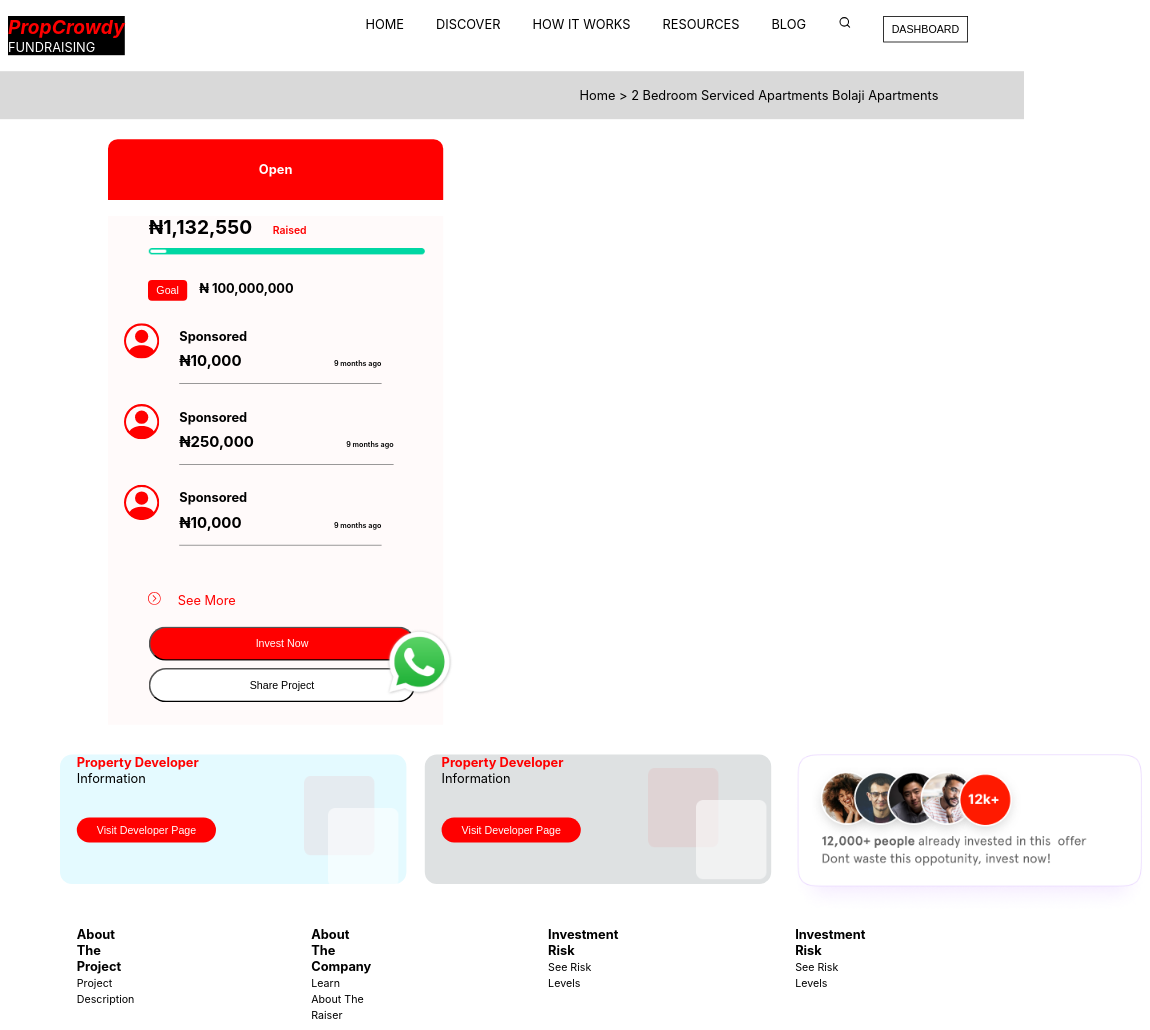
Repository: uh-sman/Popcrowdy
Page: /
These files come from the project's save history. The page is drawn as it stood at one moment and after the next save; the edit follows.
The browser window is 1280 px wide. The page is 1437 px wide, so the pictures cover 1437 px, including what lies to the right of the window. The pictures show the whole page, at 80% of full size.
The project was rebuilt for these pictures with package versions that can differ from the ones it lists, and the page was loaded fresh each time. Also part of the build but not shown: src/components/Section/carousel.css, src/components/Section/Carousel.js.

Above is the page before, as saved 2022-11-14 22:31:49.

After the next save:
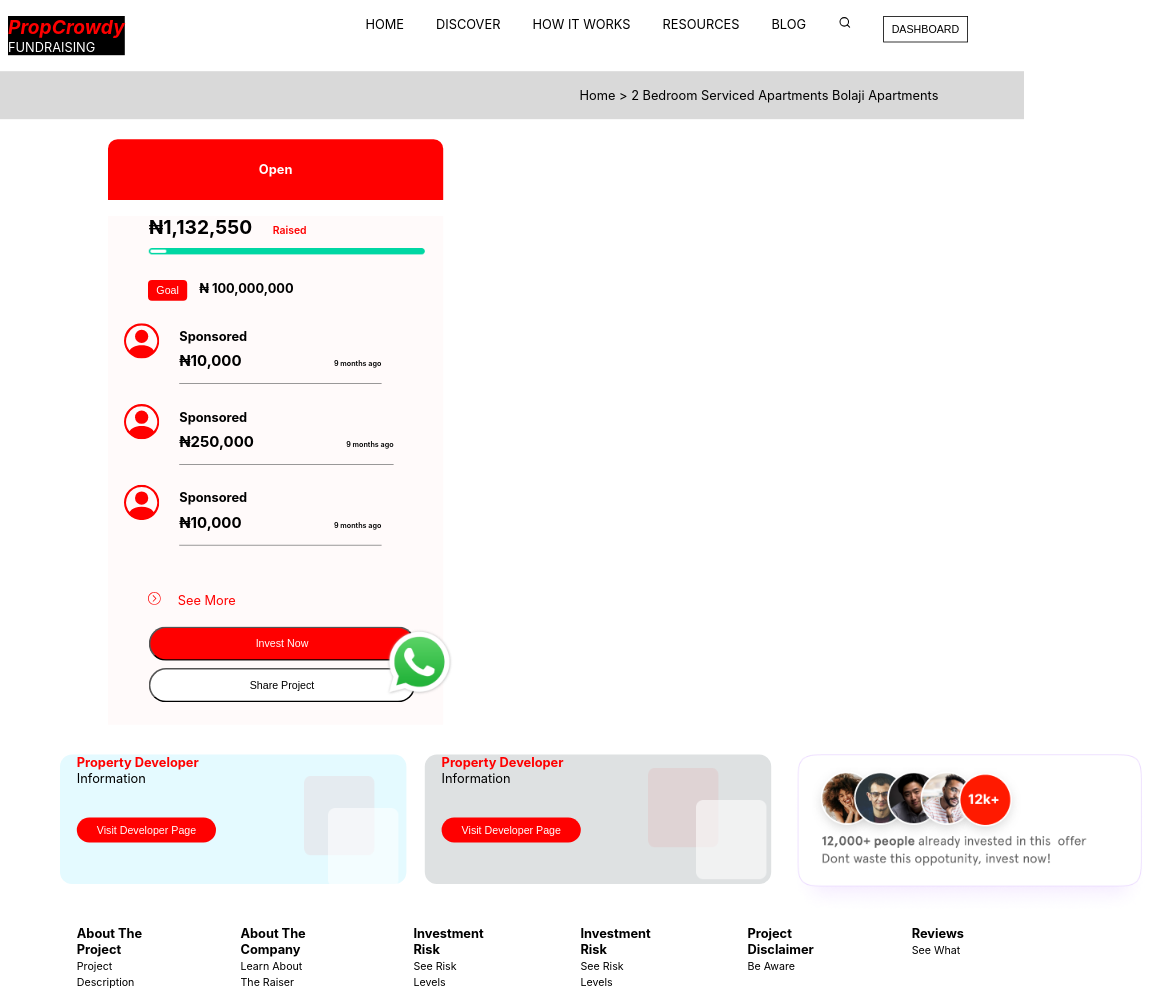
Saved 19 s later.
--- a/src/components/Section/scroll.css
+++ b/src/components/Section/scroll.css
@@ -2,7 +2,7 @@
   margin: 10px 75px;
   display: flex;
   overflow-x: scroll;
-  gap: 200px;
+  gap: 100px;
   /* justify-content: space-around; */
   /* gap: 55px; */
 }
